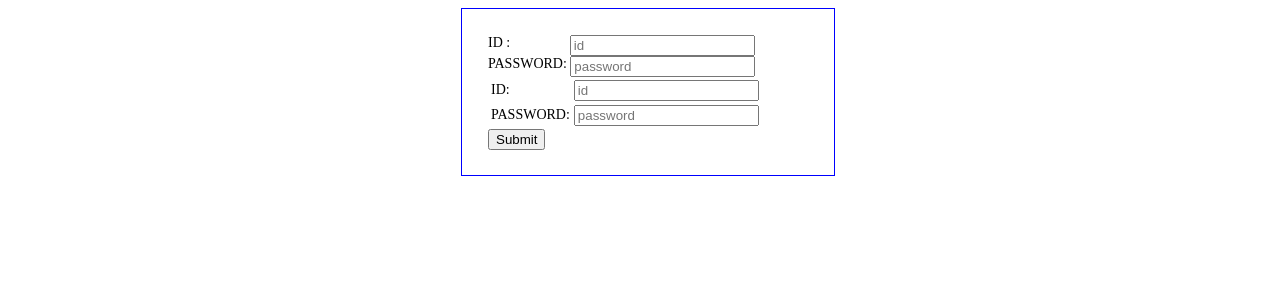
Repository: moshe31sh/Java_ee_final_project_todo_list
Page: http://localhost/Toto_list_final_project/login.jsp
These files come from the project's save history. The page is drawn as it stood at one moment and after the next save; the edit follows.
The browser window is 1280 px wide. The page is 1288 px wide, so the pictures cover 1288 px, including what lies to the right of the window. The pictures show the whole page.
The page is served by Tomcat 9.

Above is the page before, as saved 2015-12-05 10:25:03.

After the next save:
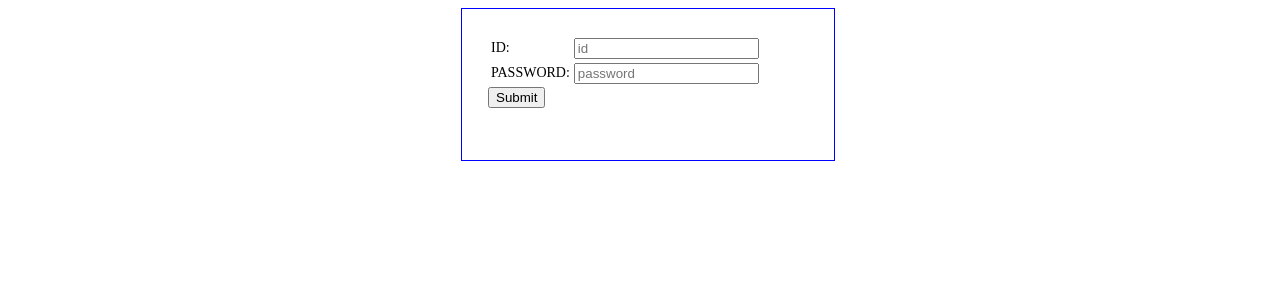
Saved 30 s later.
--- a/Toto_list_final_project/WebContent/login.jsp
+++ b/Toto_list_final_project/WebContent/login.jsp
@@ -10,21 +10,10 @@
 </head>
 <body>
 <form id="login-form" method="get" action="/Toto_list_final_project/ToDoListMainController">
-   <label>Id :</label>&nbsp; &nbsp; &nbsp; &nbsp; &nbsp; &nbsp; &nbsp; &nbsp; &nbsp;<input type="text" placeholder="id" name="id"  title="Inset Id"/>
-    <br>
-    <label>Password:</label>
-     &nbsp;<input type="password" size ="20" name="pass" placeholder="password" title="Inset Pass"/>
-    <br>
-
-
     <table>
-
     <tr><td>id:</td><td><input  type="text" placeholder="id" name="id"  title="Inset Id"/></td></tr>
-
     <tr><td>password:</td><td><input type="password" size ="20" name="pass" placeholder="password" title="Inset Pass"/></td></tr>
-
 </table>
-
 
     <input class="submit" type="submit"/>
 </form>
